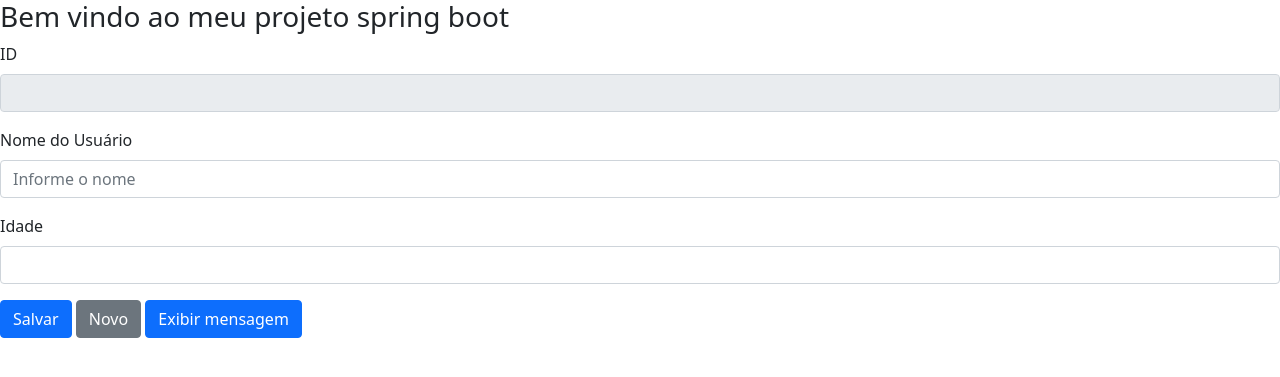
Repository: juliocoosta/Projeto_Crud_Com_SpringBoot_RestAPI
Page: springboot-rest-api-sample/src/main/resources/static/index.html
These files come from the project's save history. The page is drawn as it stood at one moment and after the next save; the edit follows.
The browser window is 1280 px wide. The pictures show the whole page.

Above is the page before, as saved 2023-04-26 13:56:34.

### springboot-rest-api-sample/src/main/resources/static/index.html
<!DOCTYPE html>
<html lang="pt-BR">

<head>
	<meta charset="UTF-8">

	<title>Insert title here</title>
	<!-- Bootstrap CSS -->
	<link href="https://cdn.jsdelivr.net/npm/bootstrap@5.0.2/dist/css/bootstrap.min.css" rel="stylesheet" integrity="sha384-EVSTQN3/azprG1Anm3QDgpJLIm9Nao0Yz1ztcQTwFspd3yD65VohhpuuCOmLASjC" crossorigin="anonymous">
</head>


<body>

	<h3>Bem vindo ao meu projeto spring boot</h3>

	<form action="" id="formCadastroUser">

		<div class="mb-3">
			<label for="id" class="form-label">ID</label> <input type="text" class="form-control" id="id" readonly="readonly">
		</div>

		<div class="mb-3">
			<label for="nome" class="form-label">Nome do Usuário</label> <input type="text" class="form-control" id="nome" placeholder="Informe o nome" required="required">
		</div>

		<div class="mb-3">
			<label for="idade" class="form-label">Idade</label> <input type="number" class="form-control" id="idade">
		</div>

	</form>

		<button type="button" class="btn btn-primary" onclick="salvarUsuario()">Salvar</button>
		<button type="button" class="btn btn-secondary"onclick="document.getElementById('formCadastroUser').reset();">Novo</button>
		<button class="btn btn-primary" data-toggle="modal" data-target="#modal-mensagem">Exibir mensagem</button>



	<!-- Modal -->
	<div class="modal fade" id="modal-mensagem">
   <div class="modal-dialog">
        <div class="modal-content">
            <div class="modal-header">
                <button type="button" class="close" data-dismiss="modal"><span>×</span></button>
                <h4 class="modal-title">Título da mensagem</h4>
            </div>
            <div class="modal-body">
                <p>Conteúdo da mensagem</p>
            </div>
            <div class="modal-footer">
                <button type="button" class="btn btn-default" data-dismiss="modal">Fechar</button>
            </div>
        </div>
    </div>
</div>

	<script src="https://code.jquery.com/jquery-3.6.4.min.js"integrity="sha256-oP6HI9z1XaZNBrJURtCoUT5SUnxFr8s3BzRl+cbzUq8="crossorigin="anonymous"></script>

	<!-- Option 1: Bootstrap Bundle with Popper -->
	<script src="https://cdn.jsdelivr.net/npm/bootstrap@5.0.2/dist/js/bootstrap.bundle.min.js"integrity="sha384-MrcW6ZMFYlzcLA8Nl+NtUVF0sA7MsXsP1UyJoMp4YLEuNSfAP+JcXn/tWtIaxVXM"crossorigin="anonymous"></script>



	<script type="text/javascript">
		function salvarUsuario() {

			var id = $("#id").val();
			var nome = $("#nome").val();
			var idade = $("#idade").val();

			$.ajax({
				method : "POST",
				url : "salvar",
				data : JSON.stringify({
					id : id,
					nome : nome,
					idade : idade
				}),
				contentType : "application/json; charset=utf-8",
				success : function(response) {

					$("#id").val(response.id);
					alert("Salvo com Sucesso!");

				}
			}).fail(function(xhr, status, errorThrown) {

				alert("Erro ao Salvar: " + xhr.responseText);

			});

		}
	</script>

</body>
</html>

After the next save:
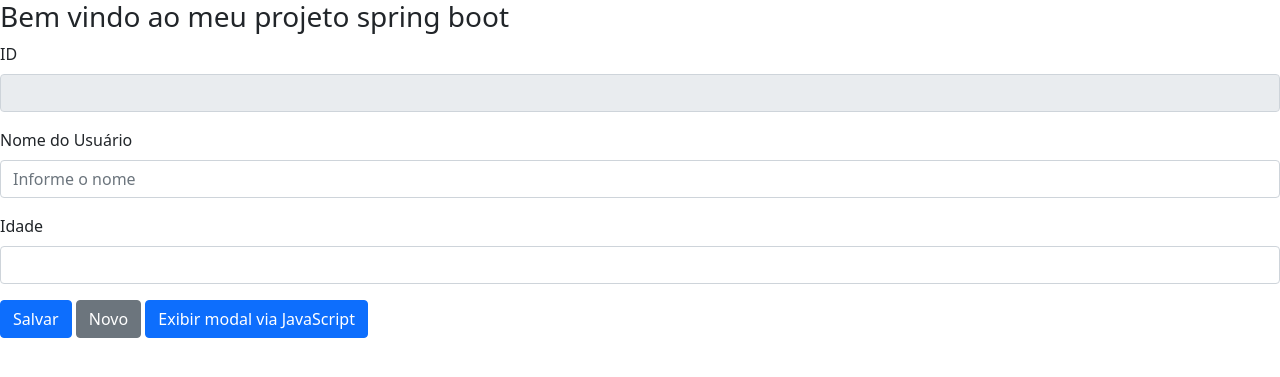
Saved 3 min 42 s later.
--- a/springboot-rest-api-sample/src/main/resources/static/index.html
+++ b/springboot-rest-api-sample/src/main/resources/static/index.html
@@ -32,7 +32,7 @@
 
 		<button type="button" class="btn btn-primary" onclick="salvarUsuario()">Salvar</button>
 		<button type="button" class="btn btn-secondary"onclick="document.getElementById('formCadastroUser').reset();">Novo</button>
-		<button class="btn btn-primary" data-toggle="modal" data-target="#modal-mensagem">Exibir mensagem</button>
+		<button class="btn btn-primary" id="btn-mensagem">Exibir modal via JavaScript</button>
 
 
 
